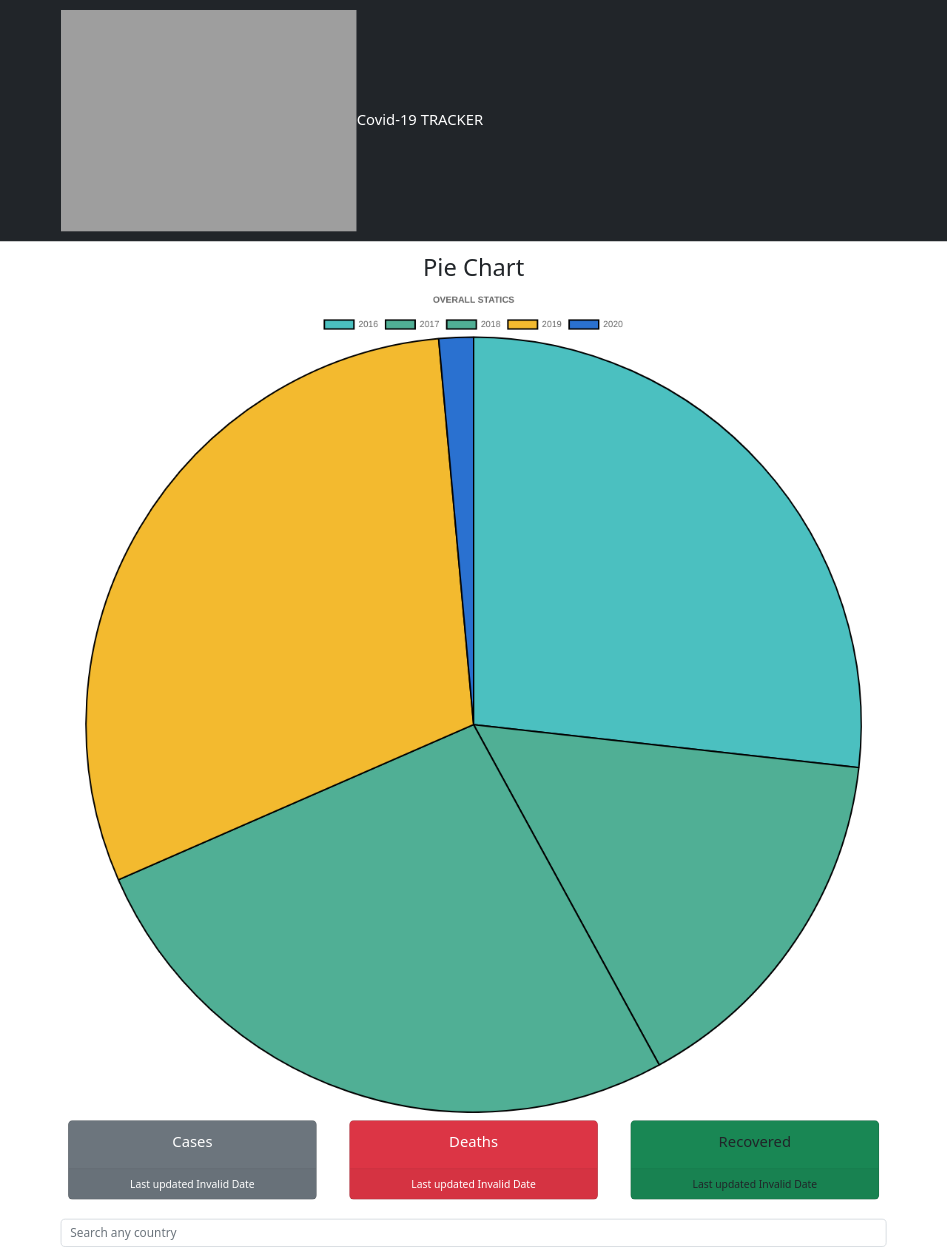
Repository: azizdeghais/CovidTracker
Page: /
These files come from the project's save history. The page is drawn as it stood at one moment and after the next save; the edit follows.
The browser window is 1280 px wide. The pictures show the whole page, at 74% of full size.
Pictures or frames that could not be fetched are drawn as grey boxes. The page's requests for data from a server got no answer. The project was rebuilt for these pictures with package versions that can differ from the ones it lists, and the page was loaded fresh each time. No one was signed in, and anything a server would have sent is missing. Also part of the build but not shown: vite.config.js.

Above is the page before, as saved 2023-03-10 17:24:52.

### index.html
<!DOCTYPE html>
<html lang="en">
  <head>
    <meta charset="UTF-8" />
    <link rel="icon" type="image/svg+xml" href="/vite.svg" />
    <meta name="viewport" content="width=device-width, initial-scale=1.0" />
    <title>Covid-19 Tracker</title>

  </head>
  <body>
    <div id="root"></div>
    <script type="module" src="/src/main.jsx"></script>
  </body>
</html>

### src/main.jsx
import React from 'react'
import ReactDOM from 'react-dom/client'
import App from './App'
import 'bootstrap/dist/css/bootstrap.min.css';


ReactDOM.createRoot(document.getElementById('root')).render(
  <React.StrictMode>
    <App />
  </React.StrictMode>,
)

### src/App.jsx
import React, { useEffect,useState } from 'react'

import Chart from "chart.js/auto";
import { CategoryScale } from "chart.js";
import PieChart from './components/PieChart';
import { Data } from './utils/Data';


import axios from 'axios'
import Container from 'react-bootstrap/Container';
import Row from 'react-bootstrap/Row';
import Col from 'react-bootstrap/Col';
import Card from 'react-bootstrap/Card';
import Stack from 'react-bootstrap/Stack';
import Form from 'react-bootstrap/Form';



import './App.css'
import Nav from './components/Nav';



Chart.register(CategoryScale);


function App() {

  const [chartData, setChartData] = useState({
    labels: Data.map((data) => data.year),
    datasets: [
      {
        label: "Users Gained ",
        data: Data.map((data) => data.userGain),
        backgroundColor: [
          "rgba(75,192,192,1)",
          "#50AF95",
          "#50AF95",
          "#f3ba2f",
          "#2a71d0"
        ],
        borderColor: "black",
        borderWidth: 2
      }
    ]
  })
  const [latest,setLatest]=useState([])
  const [results,setResults]=useState([])
  const [searchCountries,setSearchCountries]=useState('')


  useEffect(()=>{
    axios.all([
      axios.get('https://corona.lmao.ninja/v3/covid-19/all'),
      axios.get('https://corona.lmao.ninja/v3/covid-19/countries')
  ])

    .then(resArr=>{
           setLatest(resArr[0].data)
           setResults(resArr[1].data)
    })
    .catch(err=>{
      console.log(err)
    })
  },[])

  const date=new Date(parseInt(latest.updated));
  const lastUpdated=date.toString();

  const filterCountries=results.filter(item=>{
    return searchCountries !== ''
     ? item.country.includes(searchCountries)
     : item
   })

   const countries = filterCountries.map((data,i)=>{
    return (
      <Card
      key={i}
      bg='light'
      text='dark'
      className='text-center'
      style={{margin:'10px'}}
      >
        <Card.Img variant='top' src={data.countryInfo.flag} />
      <Card.Body>
        <Card.Title>{data.country}</Card.Title>
        <Card.Text>Cases: {data.cases}</Card.Text>
        <Card.Text>Deaths: {data.deaths}</Card.Text>
        <Card.Text>Recovered: {data.recovered}</Card.Text>
        <Card.Text>Today's cases: {data.todayCases}</Card.Text>
        <Card.Text>Today's deaths: {data.todayDeaths}</Card.Text>
        <Card.Text>Active {data.active}</Card.Text>


      </Card.Body>

      </Card>

    )
   })




  return (
    <>
    <Nav/>
    <Container>
      <PieChart chartData={chartData}/>


      <Row className='mb-3'>
        <Col>
          <Card className='text-center' bg='secondary' text='white' style={{margin:'10px'}} >
            <Card.Body>
              <Card.Title>Cases</Card.Title>
              <Card.Text>
                {latest.cases}
              </Card.Text>
            </Card.Body>
            <Card.Footer>
              <small>Last updated {lastUpdated}</small>
            </Card.Footer>
          </Card>
        </Col>
        <Col>
          <Card className='text-center' bg='danger' text='white' style={{margin:'10px'}}>
            <Card.Body>
              <Card.Title>Deaths</Card.Title>
              <Card.Text>
                {latest.deaths}
              </Card.Text>
            </Card.Body>
            <Card.Footer>
            <small>Last updated {lastUpdated}</small>

            </Card.Footer>
          </Card>
        </Col>
        <Col>
          <Card className='text-center' bg='success' style={{margin:'10px'}} >
            <Card.Body>
              <Card.Title>Recovered</Card.Title>
              <Card.Text>
               {latest.recovered}
              </Card.Text>
            </Card.Body>
            <Card.Footer>
            <small>Last updated {lastUpdated}</small>

            </Card.Footer>
          </Card>
        </Col>
      </Row>
      <Form className='mb-3'>
      <Form.Group >
        <Form.Control
         type='text'
         placeholder='Search any country'
         onChange={e=> setSearchCountries(e.target.value)} />
      </Form.Group>
      </Form>
      <div className='countries-list'>
      {countries}
      </div>


    </Container>
    </>
  )
}

export default App

### src/components/PieChart.jsx
import React from "react";
import { Pie } from "react-chartjs-2";

function PieChart({ chartData }) {
  return (
    <div className="chart-container">
      <h2 style={{ textAlign: "center" }}>Pie Chart</h2>
      <Pie
        data={chartData}
        options={{
          plugins: {
            title: {
              display: true,
              text: "OVERALL STATICS"
            }
          }
        }}
        width='200px'
        height='150px'
      />
    </div>
  );
}
export default PieChart;

### src/App.css
.countries-list{
    display:flex;
    flex-direction:row;
    width: '1000px';
    flex-wrap: wrap;
    justify-content: space-between;
}

### src/components/Nav.jsx
import React from 'react'
import Container from 'react-bootstrap/Container';
import Navbar from 'react-bootstrap/Navbar';

const Nav = () => {
  return (
    <>

    <Navbar bg="dark" variant="dark" className='mb-3'>
      <Container>
        <Navbar.Brand href="#home">
        <img src="https://img.icons8.com/color/48/null/coronavirus--v1.png"/>
          Covid-19 TRACKER
        </Navbar.Brand>
      </Container>
    </Navbar>
  </>
  )
}

export default Nav

Loaded but not shown: src/utils/Data.js (common file)

After the next save:
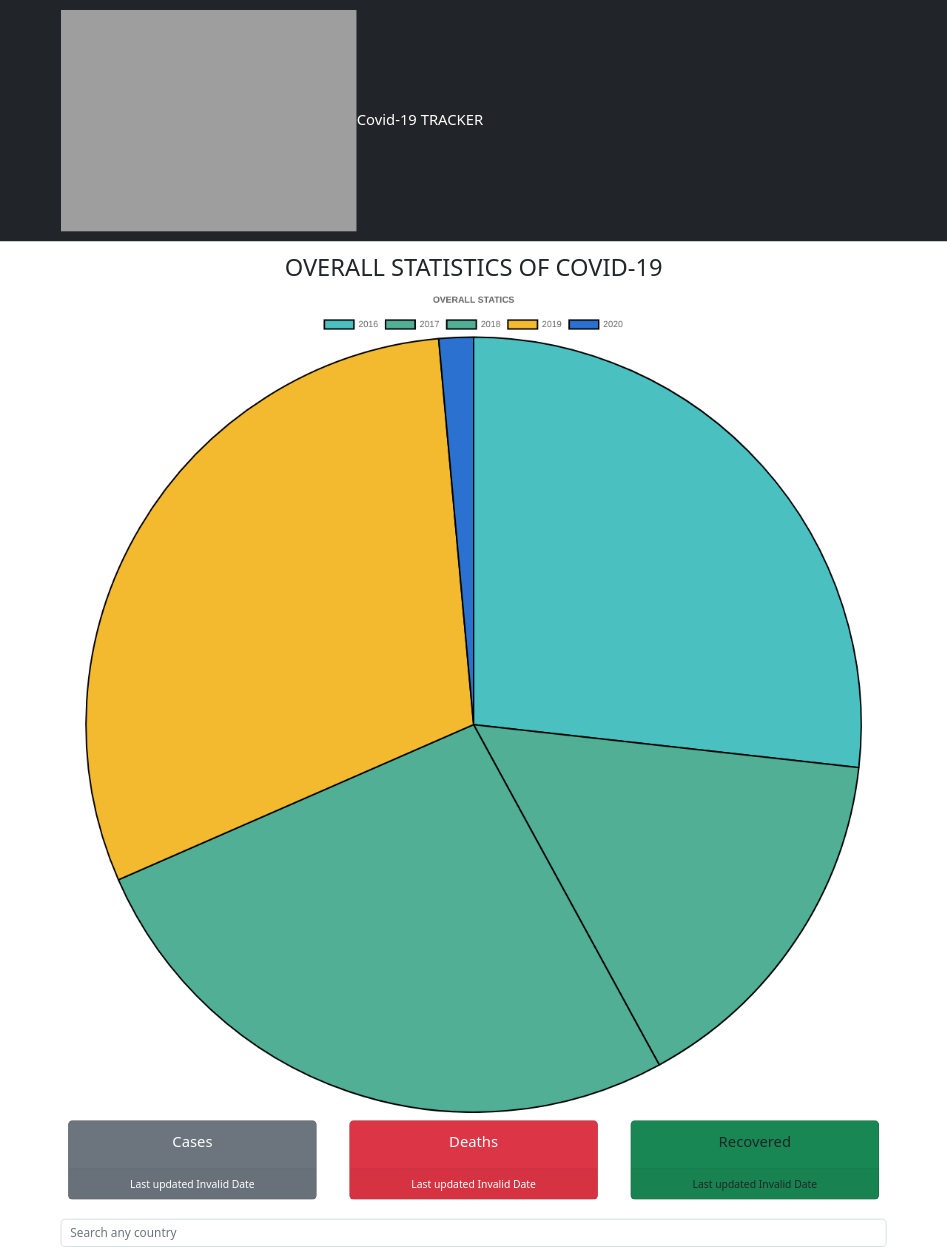
Saved 17 s later.
--- a/src/components/PieChart.jsx
+++ b/src/components/PieChart.jsx
@@ -4,7 +4,7 @@
 function PieChart({ chartData }) {
   return (
     <div className="chart-container">
-      <h2 style={{ textAlign: "center" }}>Pie Chart</h2>
+      <h2 style={{ textAlign: "center" }}>OVERALL STATISTICS OF COVID-19 </h2>
       <Pie
         data={chartData}
         options={{
